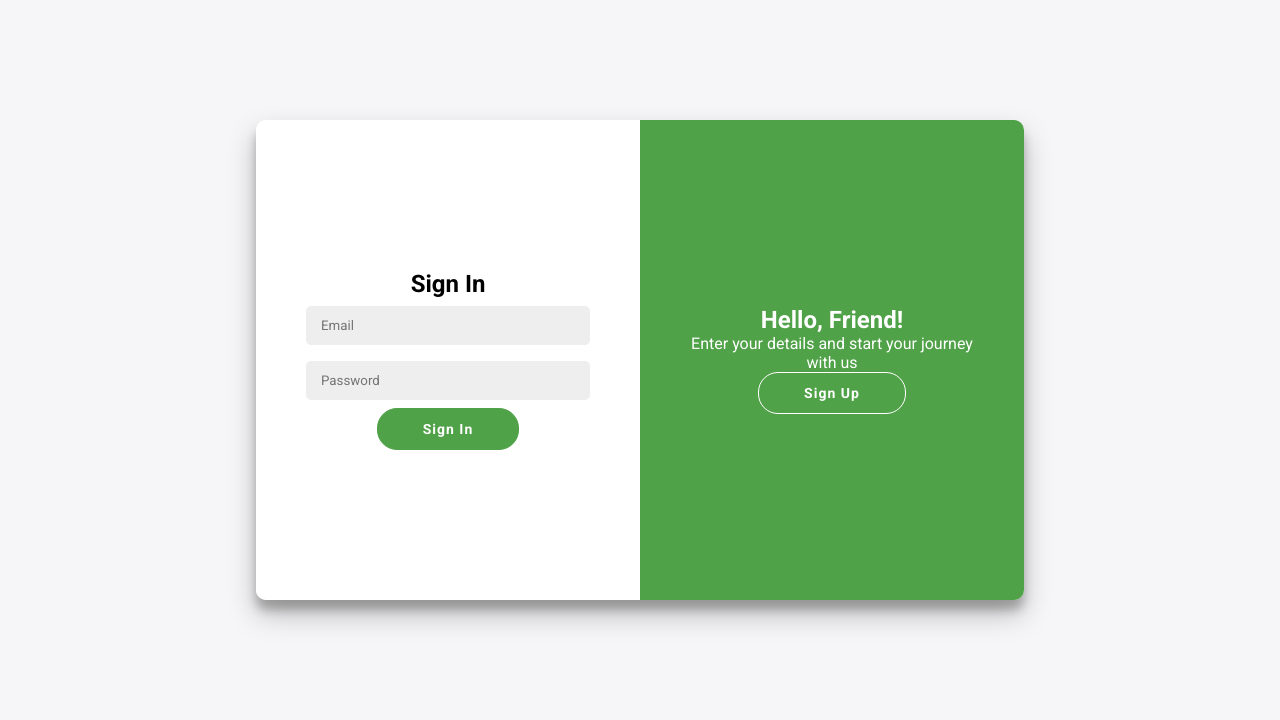
Repository: LatikaAdhikari064/Tuition_Website
Page: website_new/content/signin.html
These files come from the project's save history. The page is drawn as it stood at one moment and after the next save; the edit follows.
The browser window is 1280 px wide. The pictures show the whole page.

Above is the page before, as saved 2025-10-08 10:55:52.

### website_new/content/signin.html
<!DOCTYPE html>
<html lang="en">
<head>
    <meta charset="UTF-8">
    <meta name="viewport" content="width=device-width, initial-scale=1.0">
    <title>Sign In & Sign Up</title>
    <link rel="stylesheet" href="signin.css">
</head>
<body>
    <div class="container">
        <div class="form-container sign-up-container">
            <form action="#">
                <h2>Create Account</h2>
                <input type="text" placeholder="Name" />
                <input type="email" placeholder="Email" />
                <input type="password" placeholder="Password" />
                <button>Sign Up</button>
            </form>
        </div>
        <div class="form-container sign-in-container">
            <form action="#">
                <h2>Sign In</h2>
                <input type="email" placeholder="Email" />
                <input type="password" placeholder="Password" />
                <button>Sign In</button>
            </form>
        </div>
        <div class="overlay-container">
            <div class="overlay">
                <div class="overlay-panel overlay-left">
                    <h2>Welcome Back!</h2>
                    <p>To keep connected with us please login with your personal info</p>
                    <button class="ghost" id="signIn">Sign In</button>
                </div>
                <div class="overlay-panel overlay-right">
                    <h2>Hello, Friend!</h2>
                    <p>Enter your details and start your journey with us</p>
                    <button class="ghost" id="signUp">Sign Up</button>
                </div>
            </div>
        </div>
    </div>

    <script>
      const signUpButton = document.getElementById('signUp');
const signInButton = document.getElementById('signIn');
const container = document.querySelector('.container');

signUpButton.addEventListener('click', () => {
    container.classList.add("right-panel-active");
});

signInButton.addEventListener('click', () => {
    container.classList.remove("right-panel-active");
});

    </script>
</body>
</html>

### website_new/content/signin.css
@import url('https://fonts.googleapis.com/css2?family=Roboto:wght@400;700&display=swap');

* {
    box-sizing: border-box;
    margin: 0;
    padding: 0;
    font-family: 'Roboto', sans-serif;
}

body {
    background: #f6f5f7;
    display: flex;
    justify-content: center;
    align-items: center;
    height: 100vh;
}

.container {
    background: #fff;
    border-radius: 10px;
    box-shadow: 0 14px 28px rgba(0,0,0,0.25),
                0 10px 10px rgba(0,0,0,0.22);
    position: relative;
    width: 768px;
    max-width: 100%;
    min-height: 480px;
    overflow: hidden;
}

.form-container {
    position: absolute;
    top: 0;
    height: 100%;
    transition: all 0.6s ease-in-out;
}

.sign-in-container {
    left: 0;
    width: 50%;
    z-index: 2;
}

.sign-up-container {
    left: 0;
    width: 50%;
    opacity: 0;
    z-index: 1;
}

form {
    background: #fff;
    display: flex;
    flex-direction: column;
    padding: 0 50px;
    height: 100%;
    justify-content: center;
    align-items: center;
    text-align: center;
}

input {
    background: #eee;
    border: none;
    padding: 12px 15px;
    margin: 8px 0;
    width: 100%;
    border-radius: 5px;
}

button {
    border-radius: 20px;
    border: 1px solid hsl(115, 38%, 46%);
    background-color: hsl(115, 38%, 46%);
    color: #fff;
    font-size: 14px;
    font-weight: bold;
    padding: 12px 45px;
    letter-spacing: 1px;
    cursor: pointer;
    transition: transform 0.3s ease;
}

button:hover {
    transform: scale(1.05);
}

.overlay-container {
    position: absolute;
    top: 0;
    left: 50%;
    width: 50%;
    height: 100%;
    overflow: hidden;
    transition: transform 0.6s ease-in-out;
    z-index: 100;
}

.overlay {
    background: hsl(115, 38%, 46%);
    background: linear-gradient(to right, hsl(115, 38%, 46%), hsl(115, 38%, 46%));
    color: #fff;
    position: relative;
    left: -100%;
    height: 100%;
    width: 200%;
    transform: translateX(0);
    transition: transform 0.6s ease-in-out;
}

.overlay-panel {
    position: absolute;
    display: flex;
    flex-direction: column;
    justify-content: center;
    align-items: center;
    text-align: center;
    top: 0;
    height: 100%;
    width: 50%;
    padding: 0 40px;
    transition: transform 0.6s ease-in-out;
}

.overlay-left {
    transform: translateX(-20%);
}

.overlay-right {
    right: 0;
    transform: translateX(0);
}

.ghost {
    background-color: transparent;
    border-color: #fff;
}

After the next save:
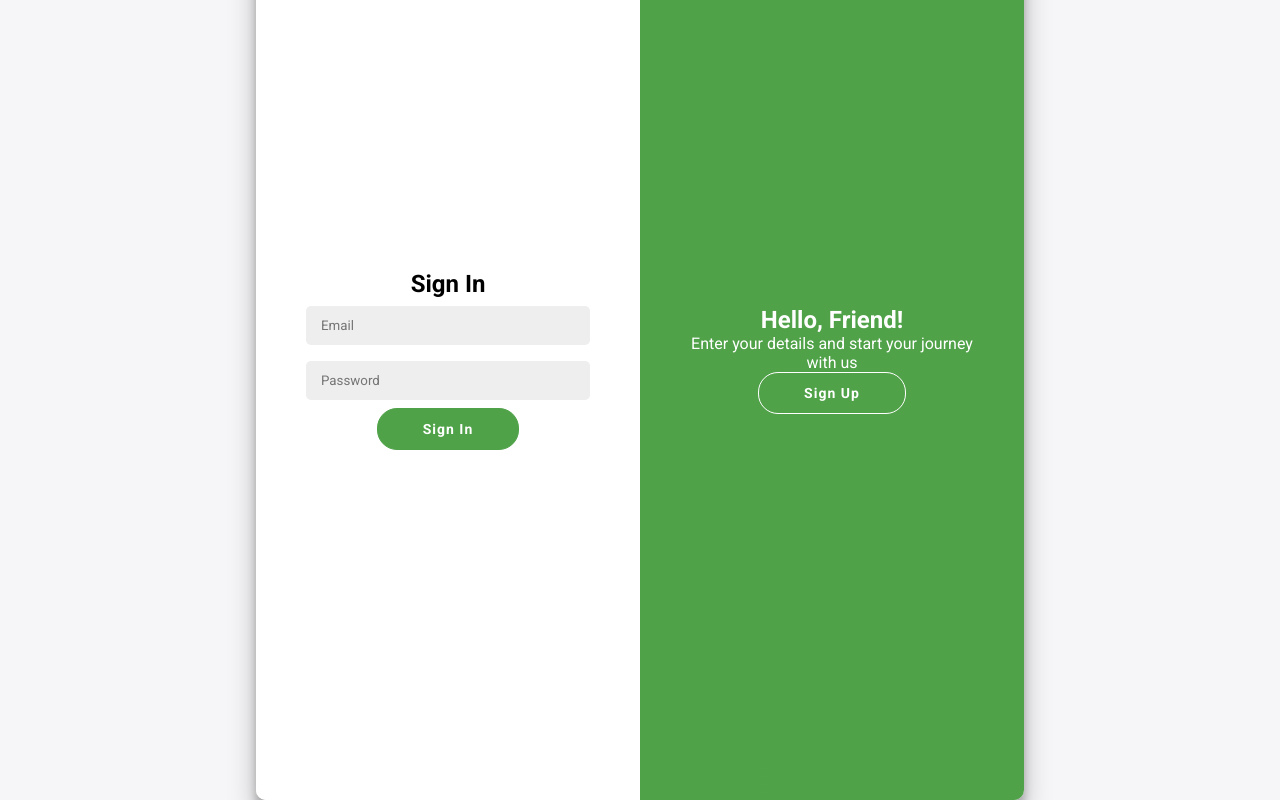
Saved 15 s later.
--- a/website_new/content/signin.css
+++ b/website_new/content/signin.css
@@ -23,7 +23,7 @@ body {
     position: relative;
     width: 768px;
     max-width: 100%;
-    min-height: 480px;
+    min-height: 880px;
     overflow: hidden;
 }
 
